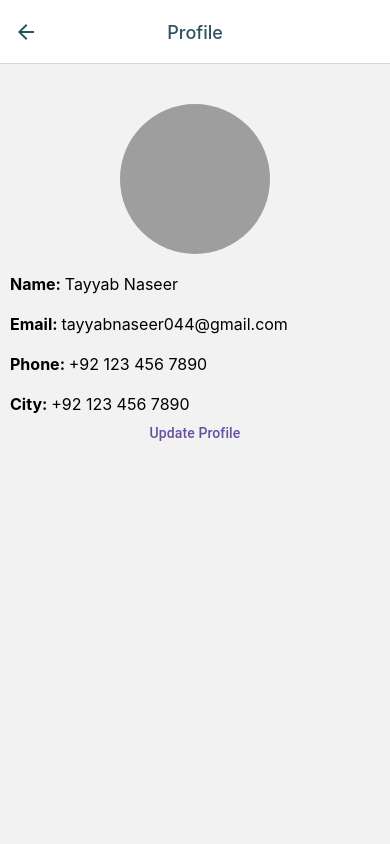
Repository: SaudCh/Expo-Pethub
Screen: /Profile
An editor plug-in stored every save of this project. The screen is shown before and after the next save, followed by the edit.
Pictures or frames that could not be fetched are drawn as grey boxes. The app was drawn by React Native's web renderer in a window 390 px wide. The project was rebuilt for these pictures with package versions that can differ from the ones it lists, and the page was loaded fresh each time. Also part of the build but not shown: Screens/Signup.js, Screens/Home.js, Screens/UpdateProfile.js, Components/Avatar.js.

Above is the screen before, as saved 2022-11-15 00:22:36.

After the next save:
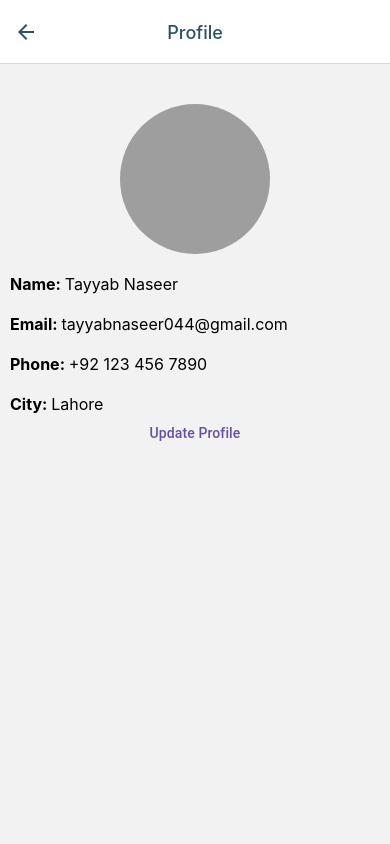
Saved 5 s later.
--- a/Screens/Profile.js
+++ b/Screens/Profile.js
@@ -37,7 +37,7 @@ export default function Profile() {
             <View style={{ marginTop: 20 }}>
                 <Text style={{ fontSize: 16 }}>
                     <Text style={{ fontSize: 16, fontWeight: 'bold' }}>City: </Text>
-                    +92 123 456 7890
+                    Lahore
                 </Text>
             </View>
 
